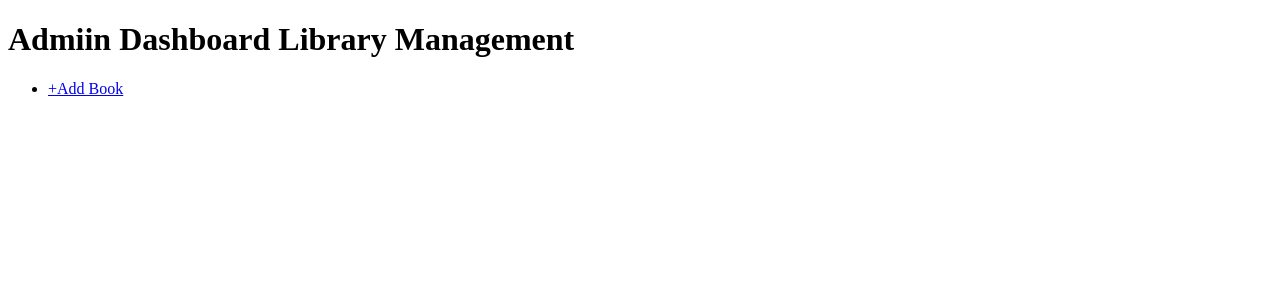
Repository: Gagan7259/Library_management
Page: http://localhost/Library_management/adminHome.jsp
An editor plug-in stored every save of this project. The page is shown before and after the next save, followed by the edit.
The browser window is 1280 px wide. The pictures show the whole page.
The page is served by Tomcat 10. The session is filled in as if someone had signed in: {"username": "testuser", "role": "admin"}. Other server files are loaded and not shown.

Above is the page before, as saved 2025-07-18 09:29:44.

### Library_management/src/main/webapp/adminHome.jsp
<%@page import="javax.management.relation.Role"%>
<%@ page language="java" contentType="text/html; charset=UTF-8"
	pageEncoding="UTF-8"%>
	<%
	HttpSession Adminsession = request.getSession(false);
	if (session == null || !"admin".equals(session.getAttribute("role"))) {
		response.sendRedirect("Login.jsp");
	}
	%>
<!DOCTYPE html>
<html>
<head>
<meta charset="UTF-8">
<title>Admin Home</title>
</head>
<body>
	<h1>Admiin Dashboard Library Management</h1>
<ul>
<li><a href="addBook.jsp">+Add Book</a></li>
</ul>

</body>
</html>

After the next save:
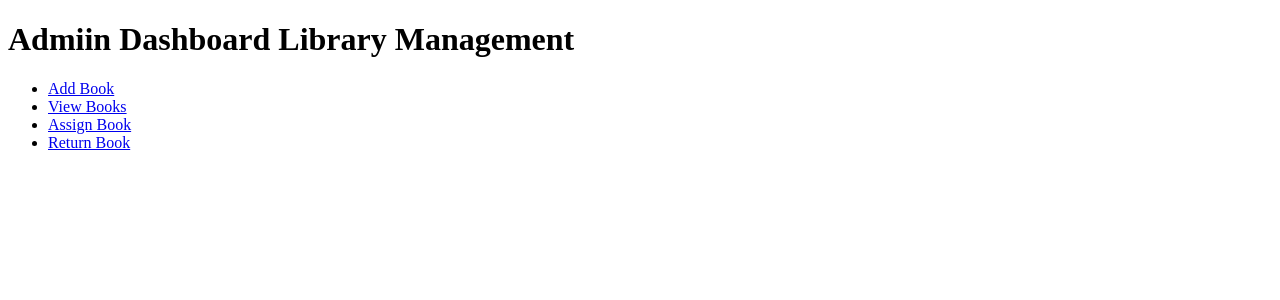
Saved 2 min 12 s later.
--- a/Library_management/src/main/webapp/adminHome.jsp
+++ b/Library_management/src/main/webapp/adminHome.jsp
@@ -16,7 +16,11 @@
 <body>
 	<h1>Admiin Dashboard Library Management</h1>
 <ul>
-<li><a href="addBook.jsp">+Add Book</a></li>
+<li><a href="addBook.jsp">Add Book</a></li>
+<li><a href="viewBooks.jsp">View Books</a></li>
+<li><a href="assignBook.jsp">Assign Book</a></li>
+<li><a href="returnBook.jsp">Return Book</a></li>
+
 </ul>
 
 </body>
